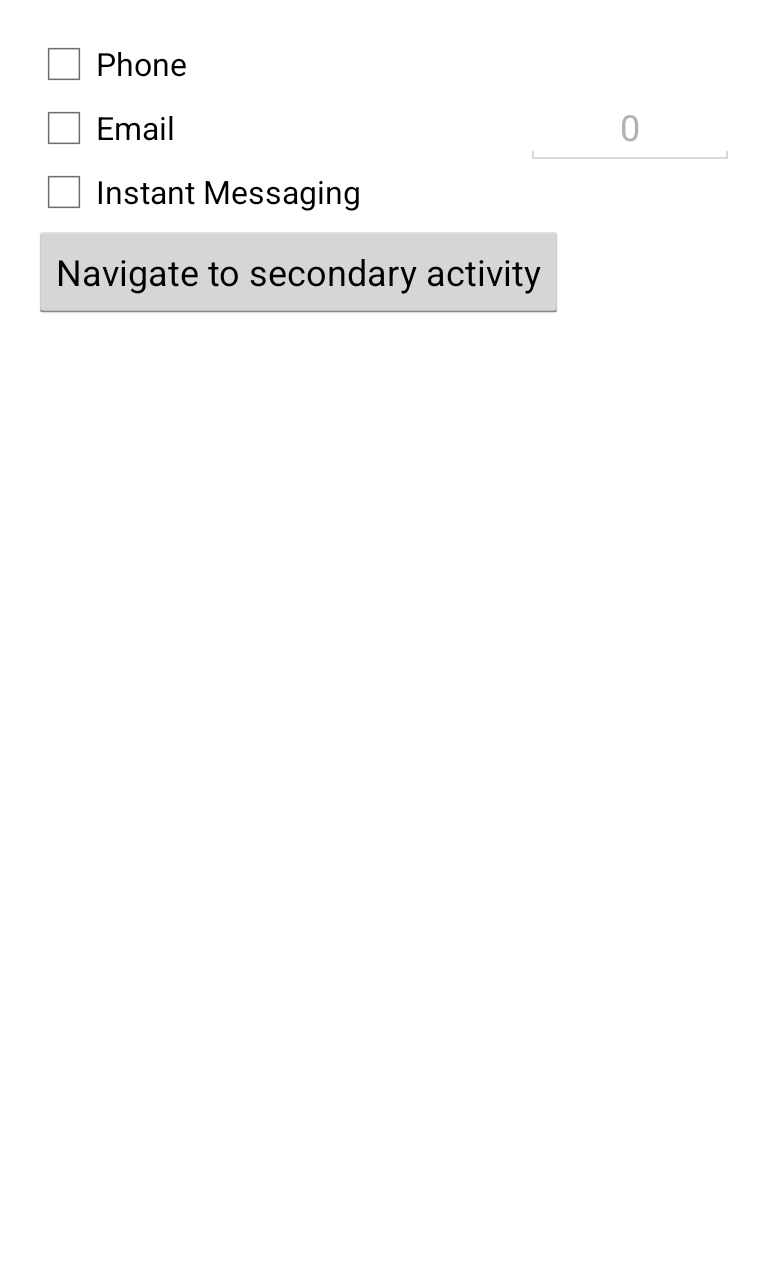
Repository: radupoenaru1992/PracticalTest01Var01
Layout: PracticalTest01Var01/res/layout/activity_practical_test01_var01_main.xml
These files come from the project's save history. The layout is drawn as it stood at one moment and after the next save; the edit follows.
It is drawn on a 768 x 1280 px phone screen (xhdpi) without system bars, with theme AppTheme; the app's code is not run.

Above is the layout before, as saved 2015-03-30 15:30:20.

After the next save:
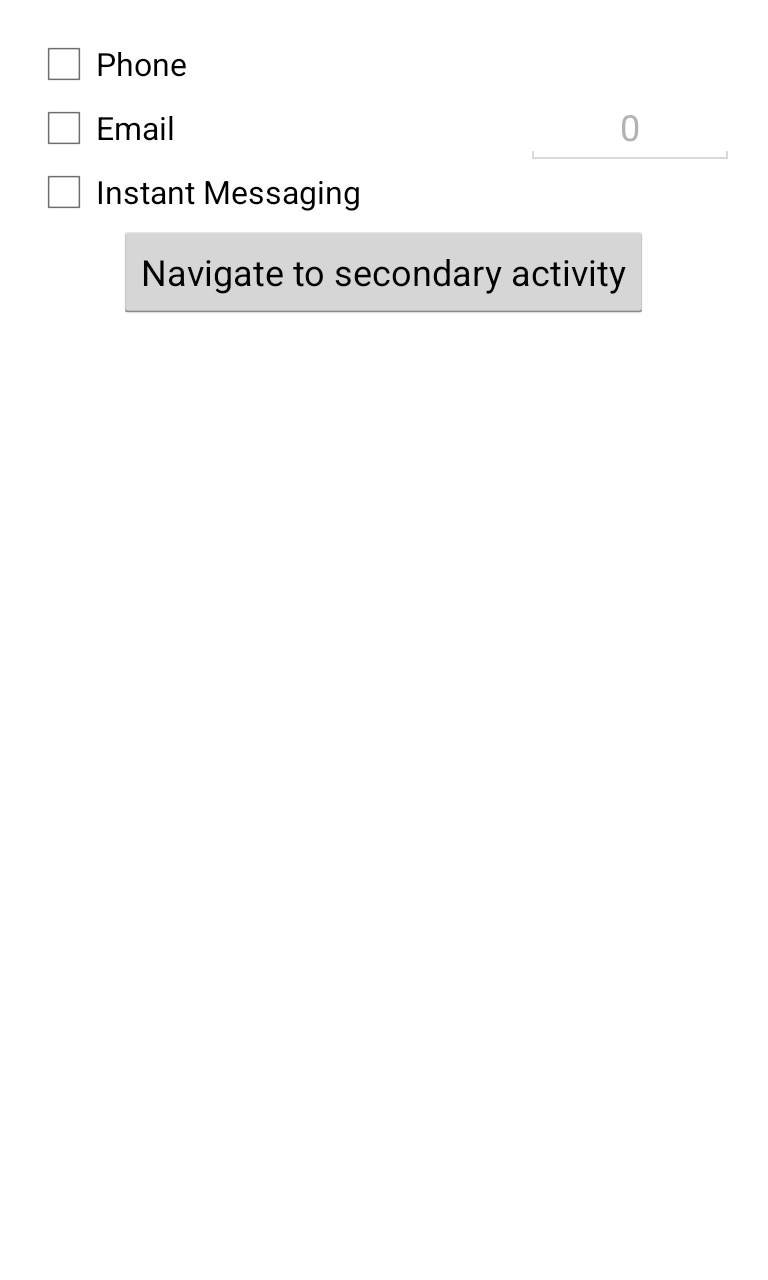
Saved 11 s later.
--- a/PracticalTest01Var01/res/layout/activity_practical_test01_var01_main.xml
+++ b/PracticalTest01Var01/res/layout/activity_practical_test01_var01_main.xml
@@ -66,7 +66,8 @@
         android:layout_width="wrap_content"
         android:layout_height="wrap_content"
         android:id="@+id/bSec"
-        android:text="Navigate to secondary activity"/>
+        android:text="Navigate to secondary activity"
+        android:layout_gravity="center"/>
 
 
 
